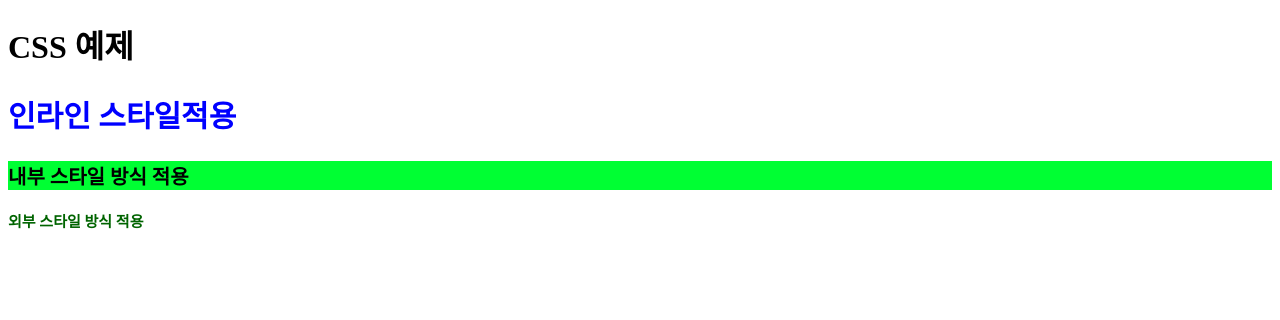
Repository: gus-123/Edu_KCC_HTML
Page: CSS/WebContent/Index.html
An editor plug-in stored every save of this project. The page is shown before and after the next save, followed by the edit.
The browser window is 1280 px wide. The pictures show the whole page.

Above is the page before, as saved 2024-07-09 00:37:57.

After the next save:
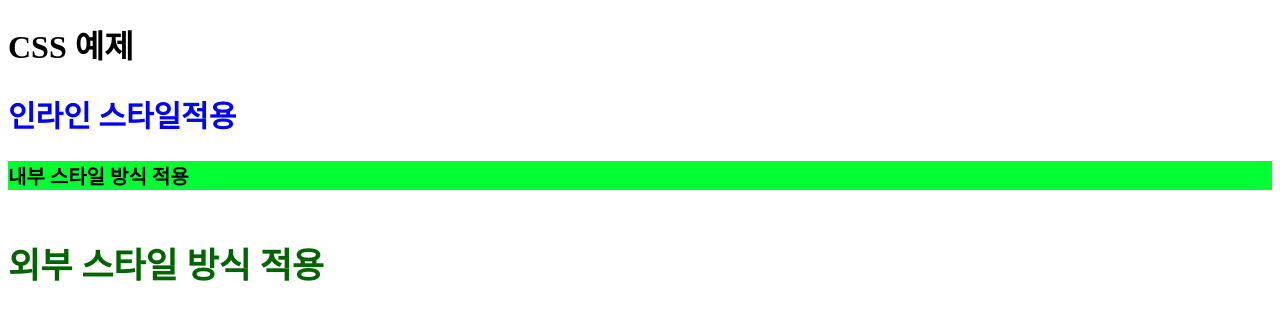
Saved 7 s later.
--- a/CSS/WebContent/style.css
+++ b/CSS/WebContent/style.css
@@ -1,7 +1,7 @@
 @charset "UTF-8";
 
 h4 {
-	font-size: 15px;
+	font-size: 35px;
 	font-weight: bold;
 	color : darkgreen;
 }
